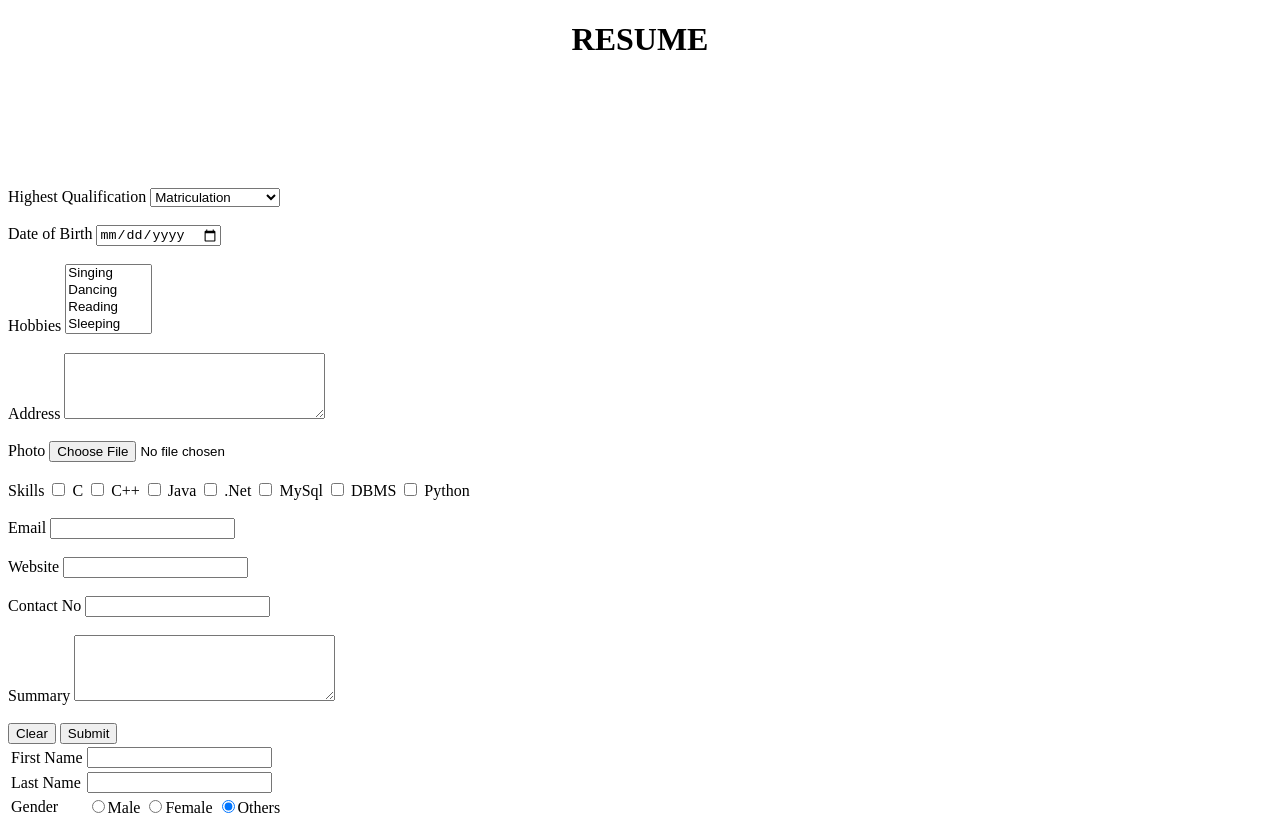
Repository: Rccalfa123/JEE
Page: MyFirstServlet/WebContent/Resume.html
The author's editor kept a copy of each file at every save. The page is drawn from the files as they stood at one save, then again after the next save.
The browser window is 1280 px wide. The pictures show the whole page.

Above is the page before, as saved 2018-08-07 08:46:55.

### MyFirstServlet/WebContent/Resume.html
<!DOCTYPE html>
<html>
<head>
<meta charset="ISO-8859-1">
<title>Resume</title>
</head>
<body>
   <form action="ms1.java" method="get">
   <h1 align="center"> RESUME </h1><br>
  <table>
   <tr><td>First Name </td><td><input type="text" name="fname"><br></td></tr><br>

   <tr><td>Last Name</td> <td> <input type="text" name="lname"></td></tr><br><br>

   <tr><td>Gender</td> <td><input type="radio" name = "gender" value="male" checked="checked">Male
   		  <input type="radio" name = "gender" value="female" checked="checked">Female
   		  <input type="radio" name = "gender" value="others" checked="checked">Others</td></tr><br><br>

   Highest Qualification <select name = "Qualification">
            <option value="matriculation">Matriculation</option>
            <option value="intermediate">Intermediate</option>
            <option value="bachaolor_degree">Bachaelor Degree</option>
            <option value="masters">Masters</option>

   			</select> <br><br>

   Date of Birth <input type="date" name="dob"> <br><br>

   Hobbies <select multiple  name = "hobbies">
            <option value="singing">Singing</option>
            <option value="dancing">Dancing</option>
            <option value="reading">Reading</option>
            <option value="sleeping">Sleeping</option>
            <option value="eating">Eating</option>
            <option value="video_games">Video Games</option>

   			</select><br><br>

   Address <textarea name="address"   rows="4" cols="30"></textarea><br><br>

   Photo	<input type="file"  name="photo">	<br><br>


   Skills    <input type="checkbox" name="skills" value="c"> C
   			 <input type="checkbox" name="skills" value="c++"> C++
   			 <input type="checkbox" name="skills" value="java"> Java
  			 <input type="checkbox" name="skills" value=".net"> .Net
  			 <input type="checkbox" name="skills" value="mysql"> MySql
   			 <input type="checkbox" name="skills" value="dbms"> DBMS
   			 <input type="checkbox" name="skills" value="python"> Python <br><br>

  Email    <input type="email"  name="email"> <br><br>

  Website  <input type="url" name="website"><br><br>

  Contact No <input type="text" name="contact_no"> <br><br>

  Summary  <textarea name="summary"   rows="4" cols="30"></textarea><br><br>

   <div>  <input type="reset" value="Clear"> <input type="submit" value="Submit"> </div>
  </table>
 </form>


</body>
</html>

After the next save:
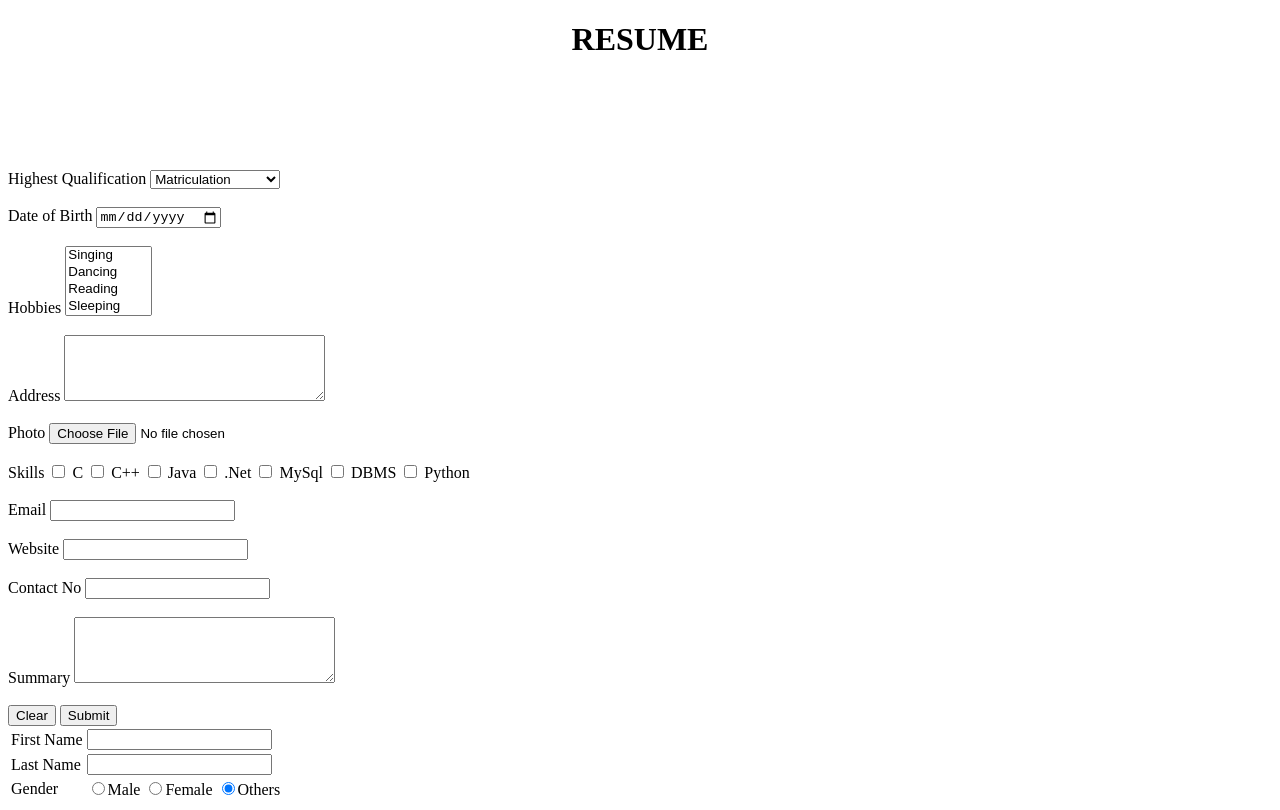
Saved 4 s later.
--- a/MyFirstServlet/WebContent/Resume.html
+++ b/MyFirstServlet/WebContent/Resume.html
@@ -8,7 +8,7 @@
    <form action="ms1.java" method="get">
    <h1 align="center"> RESUME </h1><br>
   <table>
-   <tr><td>First Name </td><td><input type="text" name="fname"><br></td></tr><br>
+   <tr><td>First Name </td><td><input type="text" name="fname"><br></td></tr>
 
    <tr><td>Last Name</td> <td> <input type="text" name="lname"></td></tr><br><br>
 
